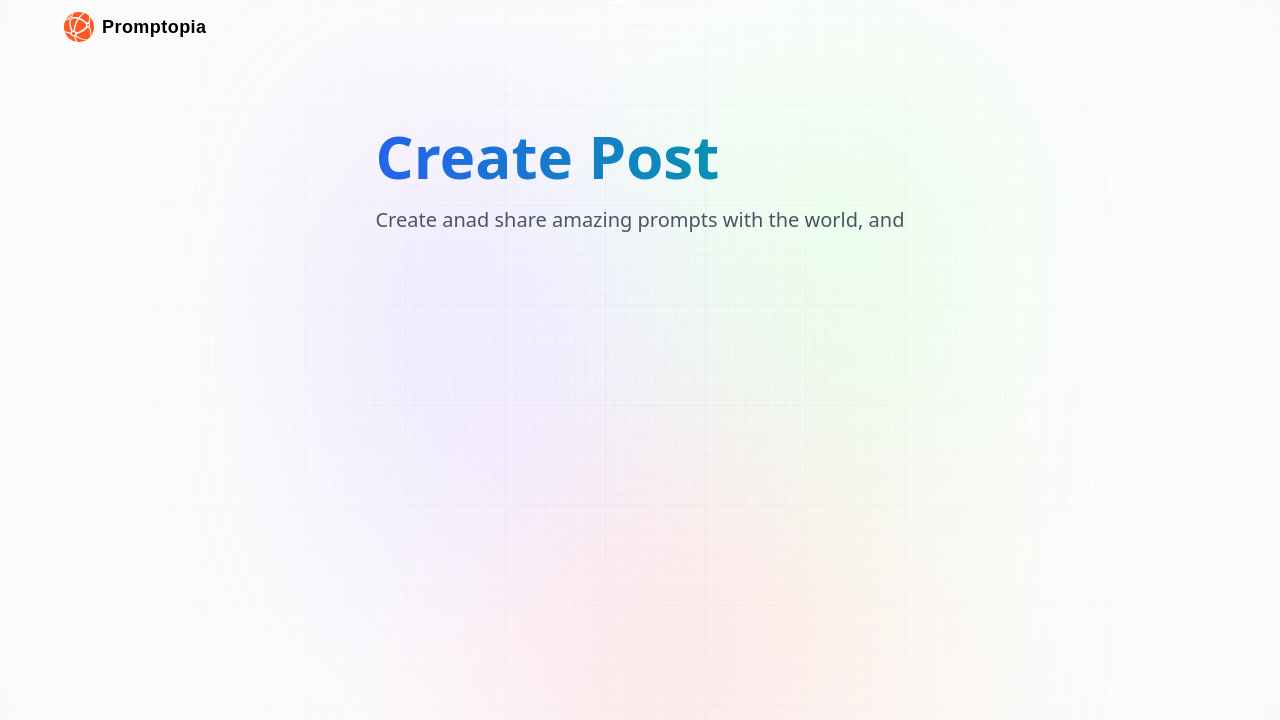
Repository: shraddesh123/promptAI
Page: /create-prompt
The author's editor kept a copy of each file at every save. The page is drawn from the files as they stood at one save, then again after the next save.
The browser window is 1280 px wide. The pictures show the whole page.
The page's requests for data from a server got no answer. The project was rebuilt for these pictures with package versions that can differ from the ones it lists, and the page was loaded fresh each time. The framework's server and built-in components were replaced by stand-ins that run in the browser. No one was signed in, and anything a server would have sent is missing. Also part of the build but not shown: next.config.mjs.

Above is the page before, as saved 2024-08-02 18:15:44.

### app/layout.jsx

import "@styles/global.css";
import Nav from "@components/Nav";
import Provider from "@components/Provider";


export const metadata = {
    title: "Promptopia",
    description: "Discover & Share AI Prompts",
};
//we did not returning anything like other components
const RootLayout = ({ children }) => (
    <html lang='en'>
        <body>
            <Provider>
                <div className='main'>
                    <div className='gradient' />
                </div>
                <main className='app'>
                    <Nav />
                    {children}
                </main>
            </Provider>
        </body>
    </html>
);

export default RootLayout;

### app/create-prompt/page.jsx
"use client";
import { useState } from "react"
import { useSession } from "next-auth/react";
import { useRouter } from "next/router";

import Form from "@components/Form";


const CreatePrompt = () => {
    const [Submitting, setSubmitting] = useState(false);
    const [Post, setPost] = useState({
        prompt: '',
        tag: '',
    });
    const createPrompt = async (e) => {

    }
    return (
        <div>
            <Form
                type="Create"
                post={Post}
                setPost={setPost}
                Submitting={Submitting}
                handleSubmit={createPrompt}
            />
        </div>
    )
}

export default CreatePrompt

### styles/global.css
@import url("https://fonts.googleapis.com/css2?family=Inter:wght@100;200;300;400;500;600;700;800;900&display=swap");

@tailwind base;
@tailwind components;
@tailwind utilities;

/*
  Note: The styles for this gradient grid background is heavily inspired by the creator of this amazing site (https://dub.sh) – all credits go to them!
*/

.main {
  width: 100vw;
  min-height: 100vh;
  position: fixed;
  display: flex;
  justify-content: center;
  padding: 120px 24px 160px 24px;
  pointer-events: none;
}

.main:before {
  background: radial-gradient(circle, rgba(2, 0, 36, 0) 0, #fafafa 100%);
  position: absolute;
  content: "";
  z-index: 2;
  width: 100%;
  height: 100%;
  top: 0;
}

.main:after {
  content: "";
  background-image: url("/assets/images/grid.svg");
  z-index: 1;
  position: absolute;
  width: 100%;
  height: 100%;
  top: 0;
  opacity: 0.4;
  filter: invert(1);
}

.gradient {
  height: fit-content;
  z-index: 3;
  width: 100%;
  max-width: 640px;
  background-image: radial-gradient(
      at 27% 37%,
      hsla(215, 98%, 61%, 1) 0px,
      transparent 0%
    ),
    radial-gradient(at 97% 21%, hsla(125, 98%, 72%, 1) 0px, transparent 50%),
    radial-gradient(at 52% 99%, hsla(354, 98%, 61%, 1) 0px, transparent 50%),
    radial-gradient(at 10% 29%, hsla(256, 96%, 67%, 1) 0px, transparent 50%),
    radial-gradient(at 97% 96%, hsla(38, 60%, 74%, 1) 0px, transparent 50%),
    radial-gradient(at 33% 50%, hsla(222, 67%, 73%, 1) 0px, transparent 50%),
    radial-gradient(at 79% 53%, hsla(343, 68%, 79%, 1) 0px, transparent 50%);
  position: absolute;
  content: "";
  width: 100%;
  height: 100%;
  filter: blur(100px) saturate(150%);
  top: 80px;
  opacity: 0.15;
}

@media screen and (max-width: 640px) {
  .main {
    padding: 0;
  }
}

/* Tailwind Styles */

.app {
  @apply relative z-10 flex justify-center items-center flex-col max-w-7xl mx-auto sm:px-16 px-6;
}

.black_btn {
  @apply rounded-full border border-black bg-red-500 py-1.5 px-5 text-white transition-all hover:bg-white hover:text-black text-center text-sm font-inter flex items-center justify-center;
}

.outline_btn {
  @apply rounded-full border border-black bg-transparent py-1.5 px-5 text-black transition-all hover:bg-black hover:text-white text-center text-sm font-inter flex items-center justify-center;
}

.head_text {
  @apply mt-5 text-5xl font-extrabold leading-[1.15] text-black sm:text-6xl;
}

.orange_gradient {
  @apply bg-gradient-to-r from-amber-500 via-orange-600 to-yellow-500 bg-clip-text text-transparent;
}

.green_gradient {
  @apply bg-gradient-to-r from-green-400 to-green-500 bg-clip-text text-transparent;
}

.blue_gradient {
  @apply bg-gradient-to-r from-blue-600 to-cyan-600 bg-clip-text text-transparent;
}

.desc {
  @apply mt-5 text-lg text-gray-600 sm:text-xl max-w-2xl;
}

.search_input {
  @apply block w-full rounded-md border border-gray-200 bg-white py-2.5 font-satoshi pl-5 pr-12 text-sm shadow-lg font-medium focus:border-black focus:outline-none focus:ring-0;
}

.copy_btn {
  @apply w-7 h-7 rounded-full bg-white/10 shadow-[inset_10px_-50px_94px_0_rgb(199,199,199,0.2)] backdrop-blur flex justify-center items-center cursor-pointer;
}

.glassmorphism {
  @apply rounded-xl border border-gray-200 bg-white/20 shadow-[inset_10px_-50px_94px_0_rgb(199,199,199,0.2)] backdrop-blur p-5;
}

.prompt_layout {
  @apply space-y-6 py-8 sm:columns-2 sm:gap-6 xl:columns-3;
}

/* Feed Component */
.feed {
  @apply mt-16 mx-auto w-full max-w-xl flex justify-center items-center flex-col gap-2;
}

/* Form Component */
.form_textarea {
  @apply w-full flex rounded-lg h-[200px] mt-2 p-3 text-sm text-gray-500 outline-0;
}

.form_input {
  @apply w-full flex rounded-lg mt-2 p-3 text-sm text-gray-500 outline-0;
}

/* Nav Component */
.logo_text {
  @apply max-sm:hidden font-satoshi font-semibold text-lg text-black tracking-wide;
}

.dropdown {
  @apply absolute right-0 top-full mt-3 w-full p-5 rounded-lg bg-white min-w-[210px] flex flex-col gap-2 justify-end items-end;
}

.dropdown_link {
  @apply text-sm font-inter text-gray-700 hover:text-gray-500 font-medium;
}

/* PromptCard Component */
.prompt_card {
  @apply flex-1 break-inside-avoid rounded-lg border border-gray-300 bg-white/20 bg-clip-padding p-6 pb-4 backdrop-blur-lg backdrop-filter md:w-[360px] w-full h-fit;
}

.flex-center {
  @apply flex justify-center items-center;
}

.flex-start {
  @apply flex justify-start items-start;
}

.flex-end {
  @apply flex justify-end items-center;
}

.flex-between {
  @apply flex justify-between items-center;
}

### components/Nav.jsx
"use client";
import Link from "next/link"
import Image from "next/image"
import { useState, useEffect } from "react"
import { signIn, signOut, useSession, getProviders } from 'next-auth/react'


const Nav = () => {

    const { data: session } = useSession();
    const [providers, setProviders] = useState(null);
    const [toggleDropdown, setToggleDropdown] = useState(false);

    useEffect(() => {//functional component to fetch the available authentication providers from the next-auth library
        const setUpProviders = async () => {
            const res = await getProviders();//the getProviders function is called and the result is stored in the res variable.
            setProviders(res);
            // The setProviders function is then called with the res variable to update the providers state variable.
        }
        setUpProviders();
    }, []);


    return (
        <nav className="flex-between w-full mb-16 pt-3">
            <Link
                href="/"
                className="flex gap-2 flex-center">

                <Image
                    src="/assets/images/logo.svg"
                    width={30}
                    height={30}
                    className="object-contain"
                    alt="logo"
                />

                <p className="logo_text">Promptopia</p>

            </Link>
            {/*desktop navigation*/}
            <div className="sm:flex hidden">
                {session?.user ? (
                    <div className="flex gap-3 md:gap-5">
                        <Link
                            href="/create-prompt"
                            className="black_btn"
                        >
                            Create Post
                        </Link>
                        <button
                            type="button"
                            onClick={signOut}
                            className="outline_btn">
                            Sign Out
                        </button>
                        <Link href="/profile">
                            <Image
                                src={session?.user.image}
                                width={37}
                                height={37}
                                className="rounded-full"
                                alt="profile"
                            />
                        </Link>
                    </div>
                ) : (
                    <>
                        {providers &&
                            Object.values(providers).map((provider) => (
                                <button
                                    type='button'
                                    key={provider.name}
                                    onClick={() => {
                                        signIn(provider.id);
                                    }}
                                    className='black_btn'
                                >
                                    Sign In
                                </button>
                            ))}
                    </>
                )}
            </div>
            {/*mobile navigation*/}
            <div className="sm:hidden flex relative">
                {session?.user ? (
                    <div className="flex">
                        <Image
                            src={session?.user.image}
                            width={30}
                            height={30}
                            className="object-contain cursor-pointer"
                            alt="profile"
                            onClick={() => setToggleDropdown(!toggleDropdown)}//prev is a reference to the previous value of the toggleDropdown state variable.!prev expression is used to toggle the value of prev. If prev is true, !prev will be false, and vice versa.
                        />
                        {toggleDropdown && (
                            <div className="dropdown">
                                <Link
                                    href='/profile'
                                    className='dropdown_link'
                                    onClick={() => setToggleDropdown(false)}
                                >
                                    My Profile
                                </Link>
                                <Link
                                    href='/create-prompt'
                                    className='dropdown_link'
                                    onClick={() => setToggleDropdown(false)}
                                >
                                    Create Post
                                </Link>
                                <button
                                    type="button"
                                    onClick={() => {
                                        setToggleDropdown(false);
                                        signOut();
                                    }}
                                    className="mt-5 w-full black_btn"
                                >
                                    Sign Out
                                </button>
                            </div>
                        )}
                    </div>
                )
                    :
                    (
                        <>
                            {providers &&
                                Object.values(providers).map((provider) => (
                                    <button
                                        type='button'
                                        key={provider.name}
                                        onClick={() => {
                                            signIn(provider.id);
                                        }}
                                        className='black_btn'
                                    >
                                        Sign in
                                    </button>
                                ))}
                        </>
                    )}
            </div>
        </nav>
    )
}

export default Nav

### components/Provider.jsx
"use client";
import { SessionProvider } from 'next-auth/react'

const Provider = ({ children, session }) => {

  return (
    <SessionProvider session={session}>
      {children}
    </SessionProvider>
  )
}

export default Provider

### components/Form.jsx
import Link from "next/link"

const Form = ({ type, post, setPost, Submitting, handleSubmit }) => {
  return (
    <section className="w-full max-w-full flex-start flex-col">
      <h1 className="head_text text-left"> <span className="blue_gradient">{type} Post</span></h1>
      <p className="desc text-left max-w-md">
          {type} anad share amazing prompts with the world, and
      </p>
    </section>
  )
}

export default Form

Loaded but not shown: tailwind.config.js (common file)

After the next save:
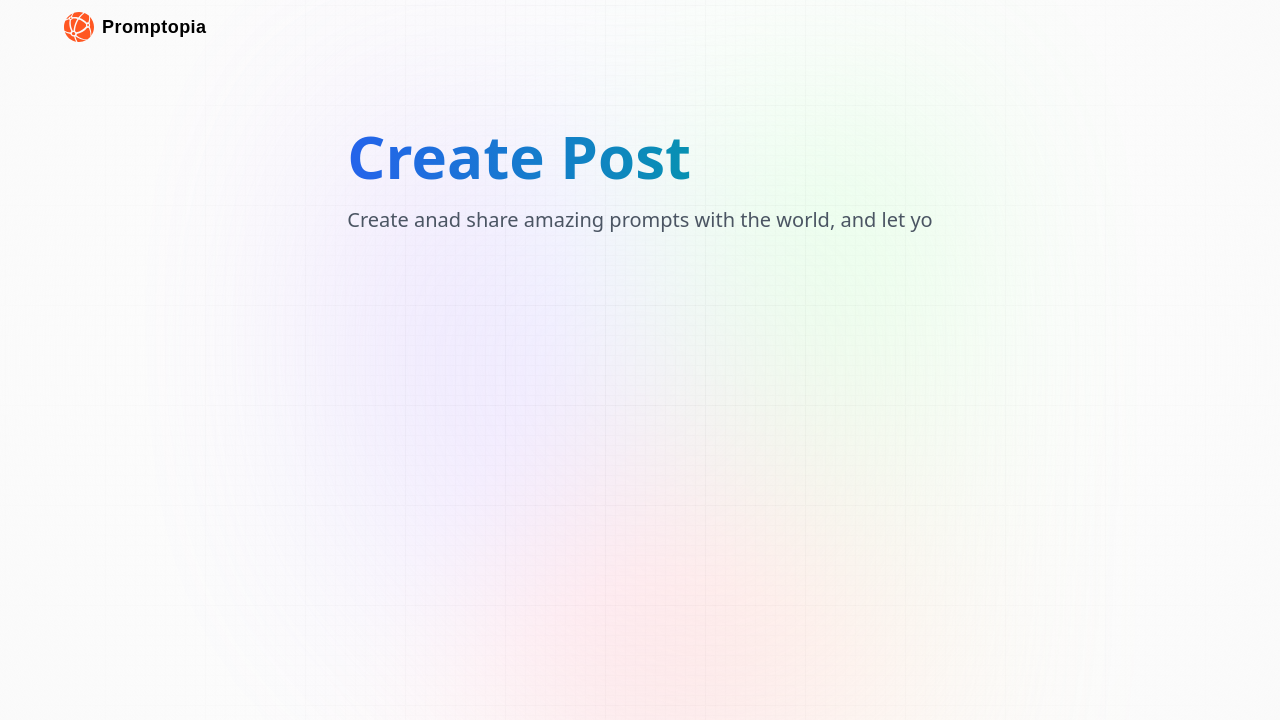
Saved 4 s later.
--- a/components/Form.jsx
+++ b/components/Form.jsx
@@ -5,7 +5,7 @@ const Form = ({ type, post, setPost, Submitting, handleSubmit }) => {
     <section className="w-full max-w-full flex-start flex-col">
       <h1 className="head_text text-left"> <span className="blue_gradient">{type} Post</span></h1>
       <p className="desc text-left max-w-md">
-          {type} anad share amazing prompts with the world, and
+          {type} anad share amazing prompts with the world, and let yo
       </p>
     </section>
   )
